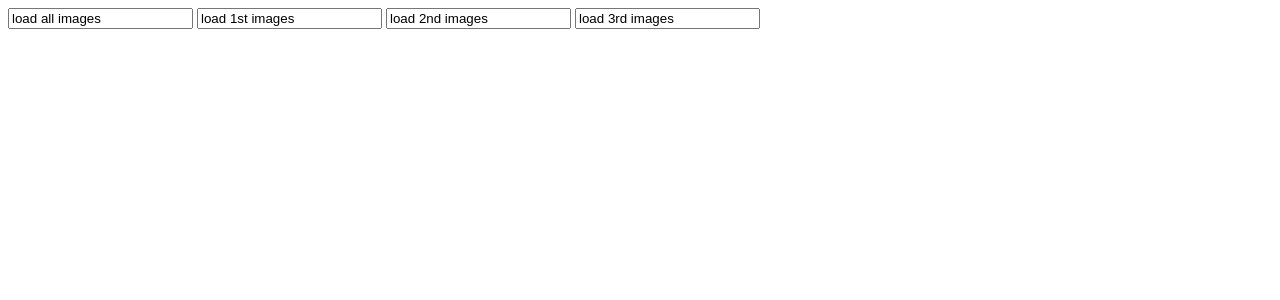
Repository: bluegony/spring_study
Page: jquerytest/src/main/webapp/loadimage.html
These files come from the project's save history. The page is drawn as it stood at one moment and after the next save; the edit follows.
The browser window is 1280 px wide. The pictures show the whole page.
Some web libraries are served in a nearby version.

Above is the page before, as saved 2013-09-05 01:55:19.

After the next save:
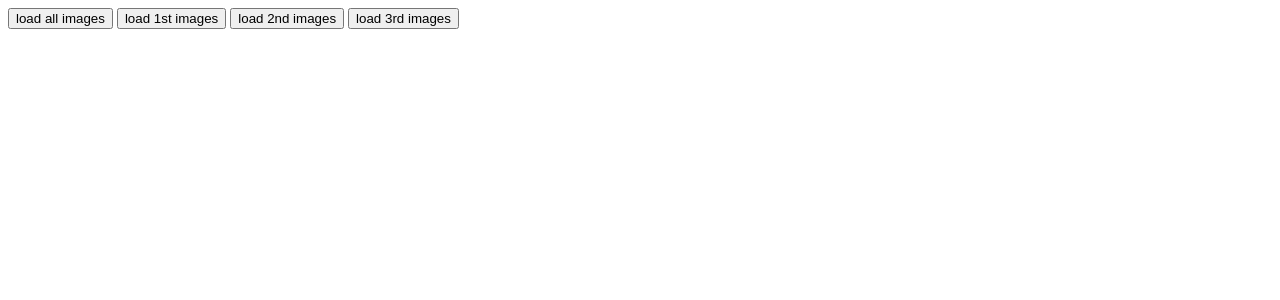
Saved 44 s later.
--- a/jquerytest/src/main/webapp/loadimage.html
+++ b/jquerytest/src/main/webapp/loadimage.html
@@ -11,10 +11,10 @@
 
 	<form name="form1">
 
-		<input tyupe="button" id="loadAll" value="load all images" />
-		<input tyupe="button" id="loadImg1" value="load 1st images" />
-		<input tyupe="button" id="loadImg2" value="load 2nd images" />
-		<input tyupe="button" id="loadImg3" value="load 3rd images" />
+		<input type="button" id="loadAll" value="load all images" />
+		<input type="button" id="loadImg1" value="load 1st images" />
+		<input type="button" id="loadImg2" value="load 2nd images" />
+		<input type="button" id="loadImg3" value="load 3rd images" />
 
 	</form>
 	<div id="disp"></div>
